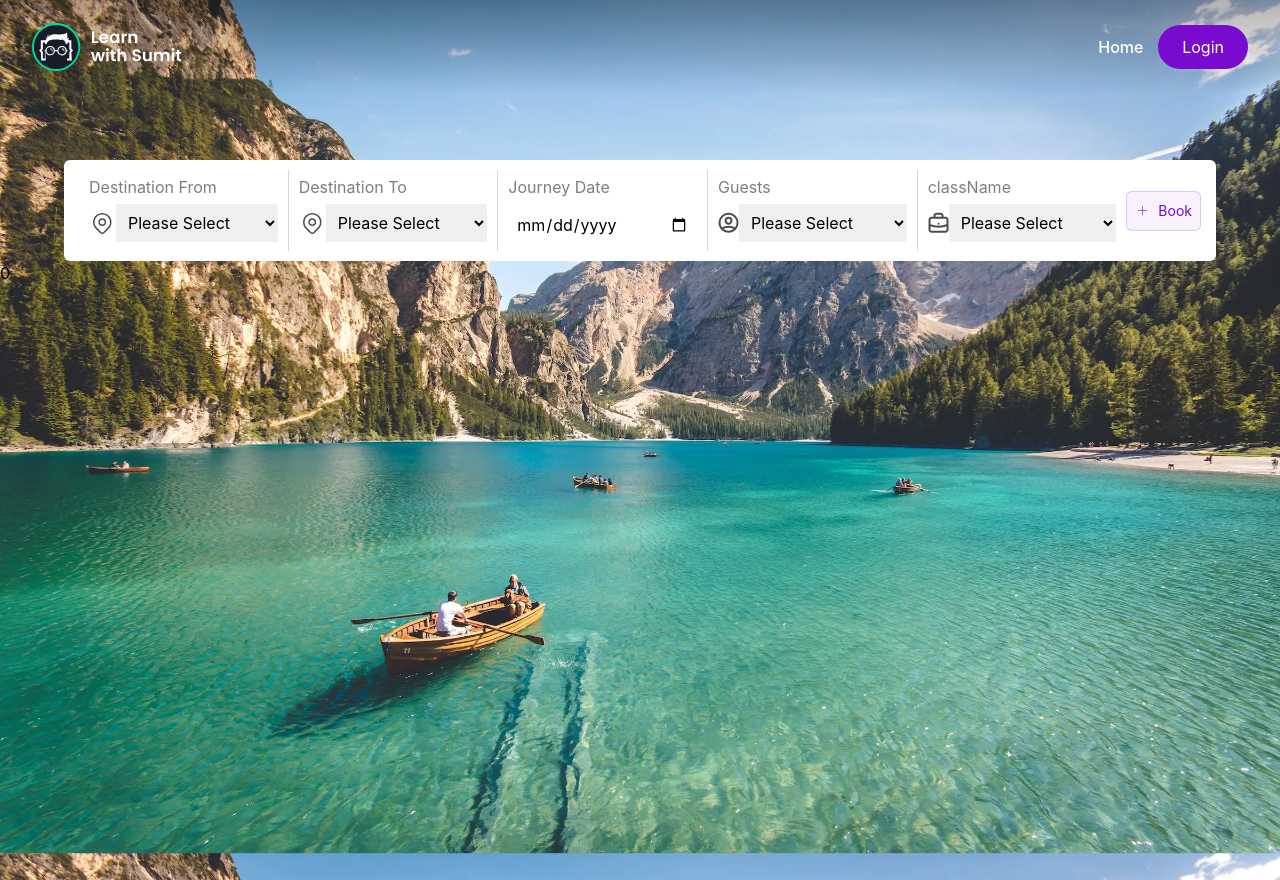
Repository: Wahid137/flight-booking-redux
Page: /
These files come from the project's save history. The page is drawn as it stood at one moment and after the next save; the edit follows.
The browser window is 1280 px wide. The pictures show the whole page.
Backgrounds fixed to the window are drawn as part of the page. The project was rebuilt for these pictures with package versions that can differ from the ones it lists, and the page was loaded fresh each time. Also part of the build but not shown: vite.config.js, src/components/TableHead.jsx, src/components/TableRow.jsx, src/index.css.

Above is the page before, as saved 2023-11-11 14:45:14.

### index.html
<!doctype html>
<html lang="en">
  <head>
    <meta charset="UTF-8" />
    <link rel="icon" type="image/svg+xml" href="/vite.svg" />
    <meta name="viewport" content="width=device-width, initial-scale=1.0" />
    <!-- <script src="https://cdn.tailwindcss.com"></script> -->
    <title>Flight Booking Application</title>
  </head>
  <body>
    <div id="root"></div>
    <script type="module" src="/src/main.jsx"></script>
  </body>
</html>

### src/main.jsx
import React from "react";
import ReactDOM from "react-dom/client";
import App from "./App.jsx";
import "./index.css";
import { Toaster } from "react-hot-toast";

ReactDOM.createRoot(document.getElementById("root")).render(
  <React.StrictMode>
    <App />
    <Toaster />
  </React.StrictMode>
);

### src/App.jsx
import { Provider } from "react-redux";
import store from "./redux/store";
import Header from "./components/Header";
import "./App.css";
import Book from "./components/Book";
import Table from "./components/Table";

function App() {
  return (
    <Provider store={store}>
      <Header />
      <section>
        <Book />
        <Table />
      </section>
    </Provider>
  );
}

export default App;

### src/redux/store.jsx
import { legacy_createStore as createStore } from "redux";
import bookingReducer from "./counter/bookingReducer";

const store = createStore(bookingReducer);

export default store;

### src/components/Header.jsx
import logo from "../assets/img/lws-logo.svg";
const Header = () => {
  return (
    <div>
      <header id="header">
        <div className="container">
          <img src={logo} alt="logo" className="logo" />
          <div className="flex items-center">
            <a className="text-white min-w-[50px] font-medium" href="#">
              Home
            </a>
            <button className="log-btn btn">Login</button>
          </div>
        </div>
      </header>
    </div>
  );
};

export default Header;

### src/components/Book.jsx
import { useState } from "react";
import frame1 from "../assets/img/icons/Frame.svg";
import vector1 from "../assets/img/icons/Vector (1).svg";
import vector3 from "../assets/img/icons/Vector (3).svg";
import { useDispatch, useSelector } from "react-redux";
import { makeBooking } from "../redux/counter/actions";
import toast from "react-hot-toast";

const Book = () => {
  const data = useSelector((state) => state.data);

  const size = data.length;
  const dispatch = useDispatch();
  const [bookingData, setBookingData] = useState({});

  const handleBooking = (event) => {
    event.preventDefault();
    if (size >= 3) {
      toast.error("Sorry, you can not book more than 3");
    } else {
      dispatch(makeBooking({ ...bookingData, id: size + 1 }));
      toast.success("Booking Successfully Done!");
    }
  };

  const handleInputBlur = (event) => {
    const field = event.target.name;
    const value = event.target.value;
    const newBooking = { ...bookingData };
    newBooking[field] = value;
    setBookingData(newBooking);
  };

  return (
    <div className="mt-[160px] mx-4 md:mt-[160px] relative">
      <div className="bg-white rounded-md max-w-6xl w-full mx-auto">
        <form onSubmit={handleBooking} className="first-hero lws-inputform">
          <div className="des-from">
            <p>Destination From</p>
            <div className="flex flex-row">
              <img src={frame1} alt="" />
              <select
                className="outline-none px-2 py-2 w-full"
                name="from"
                id="lws-from"
                required
                onBlur={handleInputBlur}
              >
                <option value="" hidden>
                  Please Select
                </option>
                <option>Dhaka</option>
                <option>Sylhet</option>
                <option>Saidpur</option>
                <option>Coxs Bazar</option>
              </select>
            </div>
          </div>

          <div className="des-from">
            <p>Destination To</p>
            <div className="flex flex-row">
              <img src={frame1} alt="" />
              <select
                className="outline-none px-2 py-2 w-full"
                name="to"
                id="lws-to"
                required
                onBlur={handleInputBlur}
              >
                <option value="" hidden>
                  Please Select
                </option>
                <option>Dhaka</option>
                <option>Sylhet</option>
                <option>Saidpur</option>
                <option>Coxs Bazar</option>
              </select>
            </div>
          </div>

          <div className="des-from">
            <p>Journey Date</p>
            <input
              type="date"
              className="outline-none px-2 py-2 w-full date"
              name="date"
              id="lws-date"
              required
              onBlur={handleInputBlur}
            />
          </div>

          <div className="des-from">
            <p>Guests</p>
            <div className="flex flex-row">
              <img src={vector1} alt="" />
              <select
                className="outline-none px-2 py-2 w-full"
                name="guests"
                id="lws-guests"
                required
                onBlur={handleInputBlur}
              >
                <option value="" hidden>
                  Please Select
                </option>
                <option value="1">1 Person</option>
                <option value="2">2 Persons</option>
                <option value="3">3 Persons</option>
                <option value="4">4 Persons</option>
              </select>
            </div>
          </div>

          <div className="des-from !border-r-0">
            <p>className</p>
            <div className="flex flex-row">
              <img src={vector3} alt="" />
              <select
                className="outline-none px-2 py-2 w-full"
                name="ticketclassName"
                id="lws-ticketclassName"
                required
                onBlur={handleInputBlur}
              >
                <option value="" hidden>
                  Please Select
                </option>
                <option>Business</option>
                <option>Economy</option>
              </select>
            </div>
          </div>

          <button className="addCity" type="submit" id="lws-addCity">
            <svg
              width="15px"
              height="15px"
              fill="none"
              viewBox="0 0 24 24"
              stroke="currentColor"
            >
              <path d="M12 4.5v15m7.5-7.5h-15" />
            </svg>
            <span className="text-sm">Book</span>
          </button>
        </form>
      </div>
    </div>
  );
};

export default Book;

### src/components/Table.jsx
import { useSelector } from "react-redux";
import TableHead from "./TableHead";
import TableRow from "./TableRow";

const Table = () => {
  const data = useSelector((state) => state.data);

  return (
    <>
      {data.length && (
        <div className="table-container">
          <table className="booking-table">
            <TableHead />
            <tbody
              className="divide-y divide-gray-300/20"
              id="lws-previewBooked"
            >
              {data.map((data, i) => {
                return <TableRow key={i} data={data} />;
              })}
            </tbody>
          </table>
        </div>
      )}
    </>
  );
};

export default Table;

### src/redux/counter/bookingReducer.jsx
import { BOOKING, DELETE } from "./actionTypes";

const initialState = {
  data: [],
};

const bookingReducer = (state = initialState, action) => {
  switch (action.type) {
    case BOOKING:
      const newData = [...state.data];
      newData.push(action.payload);
      return {
        data: newData,
      };
    case DELETE:
      const filteredData = state.data.filter((d) => d.id !== action.payload);
      return {
        data: filteredData,
      };
    default:
      return state;
  }
};

export default bookingReducer;

### src/redux/counter/actions.jsx
import { BOOKING, DELETE } from "./actionTypes";

export const makeBooking = (data) => {
  console.log(data);
  return {
    type: BOOKING,
    payload: data,
  };
};

export const removeItem = (id) => {
  return {
    type: DELETE,
    payload: id,
  };
};

### src/redux/counter/actionTypes.jsx
export const BOOKING = "booking";
export const DELETE = "delete";

Loaded but not shown: src/App.css (955 lines, source omitted)

After the next save:
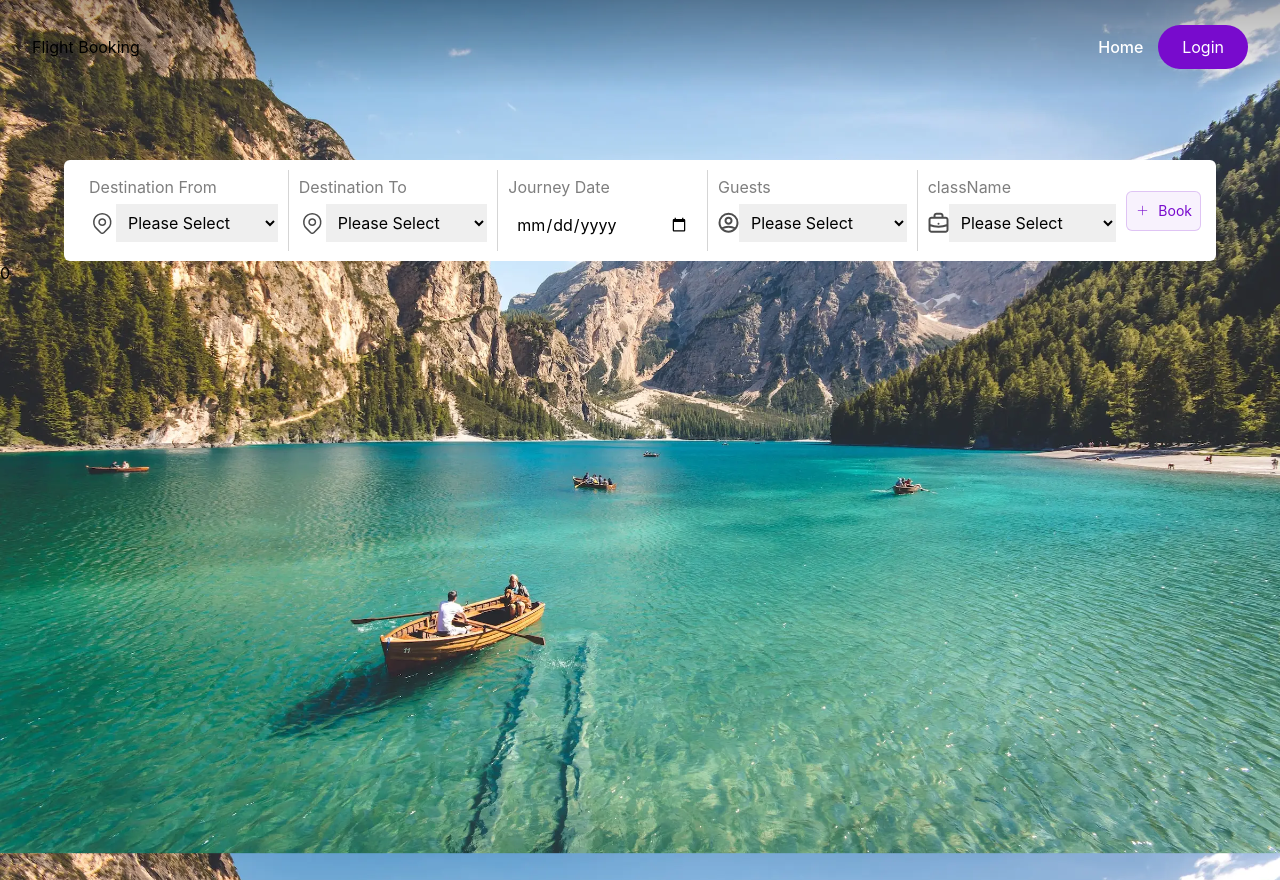
Saved 7 min 13 s later.
--- a/src/components/Header.jsx
+++ b/src/components/Header.jsx
@@ -1,10 +1,9 @@
-import logo from "../assets/img/lws-logo.svg";
 const Header = () => {
   return (
     <div>
       <header id="header">
         <div className="container">
-          <img src={logo} alt="logo" className="logo" />
+          <h1>Flight Booking</h1>
           <div className="flex items-center">
             <a className="text-white min-w-[50px] font-medium" href="#">
               Home
